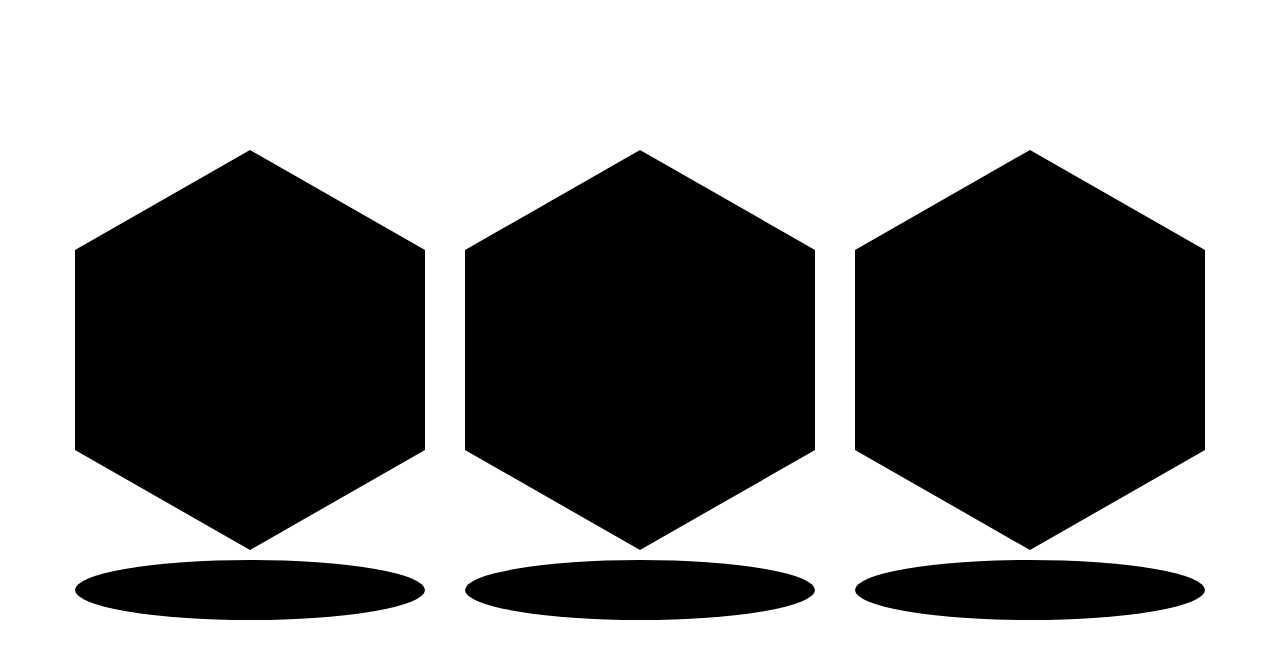
Repository: honghyunAhn/DailyFront
Page: Day210211_CSS_Hexagon_Div_Hover_Effects/index.html
The author's editor kept a copy of each file at every save. The page is drawn from the files as they stood at one save, then again after the next save.
The browser window is 1280 px wide. The pictures show the whole page.

Above is the page before, as saved 2021-02-12 22:49:39.

After the next save:
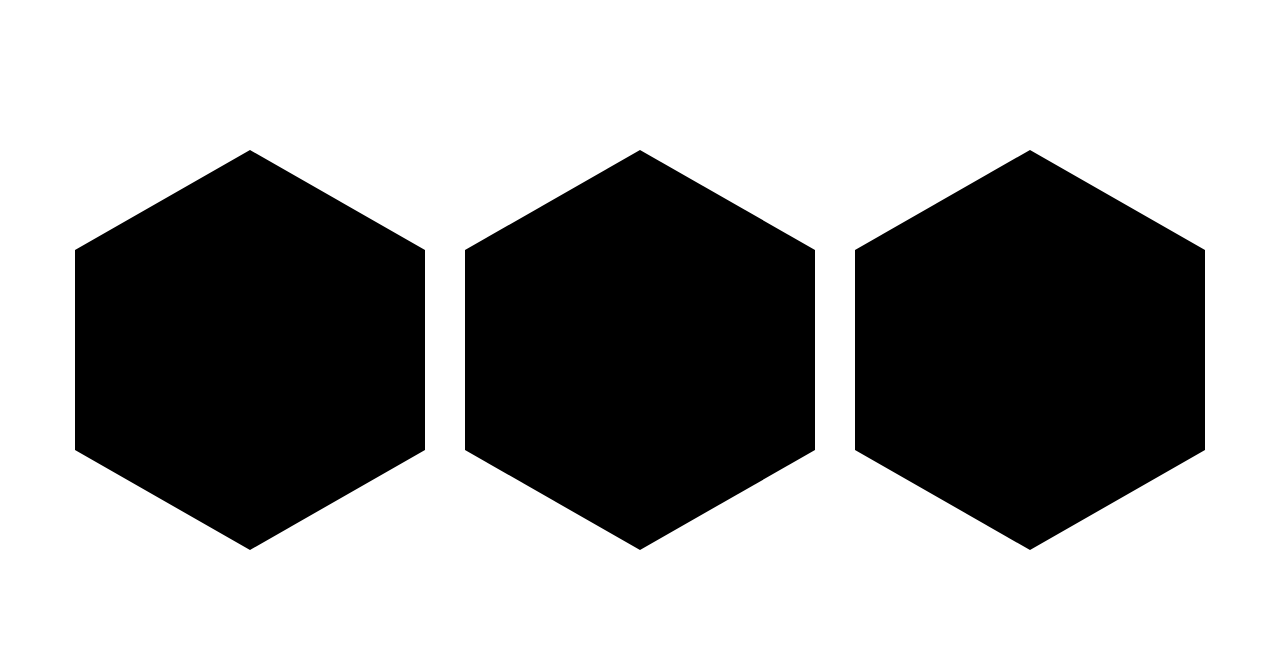
Saved 85 s later.
--- a/Day210211_CSS_Hexagon_Div_Hover_Effects/style.css
+++ b/Day210211_CSS_Hexagon_Div_Hover_Effects/style.css
@@ -30,7 +30,7 @@ body {
   bottom: -70px;
   width: 100%;
   height: 60px;
-  background: #000;
+  background: radial-gradient(#rgba(0, 0, 0, 0.15), transparent, transparent);
   border-radius: 50%;
   transition: 0.5s;
 }
